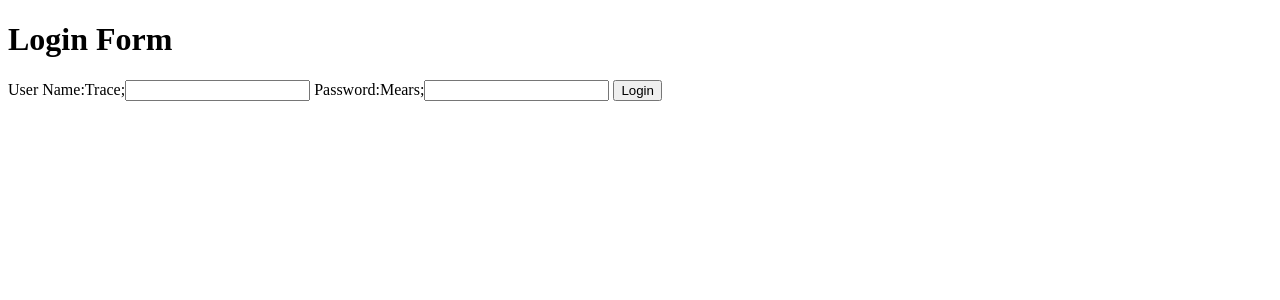
Repository: TraceMears/PerScholas
Page: http://localhost/ServletExercises0/LoginJSPServlet
The author's editor kept a copy of each file at every save. The page is drawn from the files as they stood at one save, then again after the next save.
The browser window is 1280 px wide. The pictures show the whole page.
The page is served by Tomcat 9. Other server files are loaded and not shown.

Above is the page before, as saved 2019-10-29 20:01:43.

### ServletExercises0/WebContent/WEB-INF/views/LoginJSP.jsp
<%@ page language="java" contentType="text/html; charset=ISO-8859-1"
    pageEncoding="ISO-8859-1"%>
<!DOCTYPE html>
<html>
<head>
<meta charset="ISO-8859-1">
<title>Insert title here</title>
		<% 	String error = null;
		if (request.getParameter("login") != null) {
			String userName = request.getParameter("userName");
			String userPassword = request.getParameter("userPassword");
			if (userName.equals("testUser") && userPassword.equals("testPassword")) {
				response.sendRedirect("Success.jsp");
			} else {
				error = "Login unsuccessful.";
			}
		} %>
	</head>
</head>
<body>
		<h1>Login Form</h1>

		<% if (error != null) {%>
			<p style="color: red;"><%= error %></p>
		<% } %>

		<form method="post">
			<label>User Name:Trace;<input type="text" name="userName" /></label>
			<label>Password:Mears;<input type="password" name="userPassword" /></label>
			<input type="submit" name="login" value="Login" />
		</form>

</body>
</html>

### ServletExercises0/src/main/java/servlets/LoginJSPServlet.java
package servlets;

import java.io.IOException;

import javax.servlet.RequestDispatcher;
import javax.servlet.ServletException;
import javax.servlet.annotation.WebServlet;
import javax.servlet.http.HttpServlet;
import javax.servlet.http.HttpServletRequest;
import javax.servlet.http.HttpServletResponse;

/**
 * Servlet implementation class LoginJSPServlet
 */
@WebServlet("/LoginJSPServlet")
public class LoginJSPServlet extends HttpServlet {
	private static final long serialVersionUID = 1L;

    /**
     * @see HttpServlet#HttpServlet()
     */
    public LoginJSPServlet() {
        super();
        // TODO Auto-generated constructor stub
    }

	/**
	 * @see HttpServlet#doGet(HttpServletRequest request, HttpServletResponse response)
	 */
	protected void doGet(HttpServletRequest request, HttpServletResponse response) throws ServletException, IOException {
		RequestDispatcher rd = request.getRequestDispatcher("WEB-INF/views/LoginJSP.jsp");
		rd.forward(request, response);
	}

	/**
	 * @see HttpServlet#doPost(HttpServletRequest request, HttpServletResponse response)
	 */
	protected void doPost(HttpServletRequest request, HttpServletResponse response) throws ServletException, IOException {
		// TODO Auto-generated method stub
		doGet(request, response);
	}

}

After the next save:
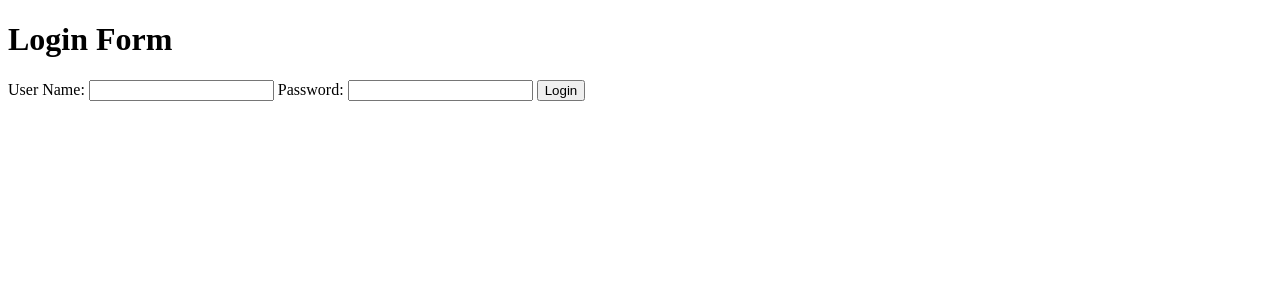
Saved 22 s later.
--- a/ServletExercises0/WebContent/WEB-INF/views/LoginJSP.jsp
+++ b/ServletExercises0/WebContent/WEB-INF/views/LoginJSP.jsp
@@ -25,8 +25,8 @@
 		<% } %>
 
 		<form method="post">
-			<label>User Name:Trace;<input type="text" name="userName" /></label>
-			<label>Password:Mears;<input type="password" name="userPassword" /></label>
+			<label>User Name:&nbsp;<input type="text" name="userName" /></label>
+			<label>Password:&nbsp;<input type="password" name="userPassword" /></label>
 			<input type="submit" name="login" value="Login" />
 		</form>
 
